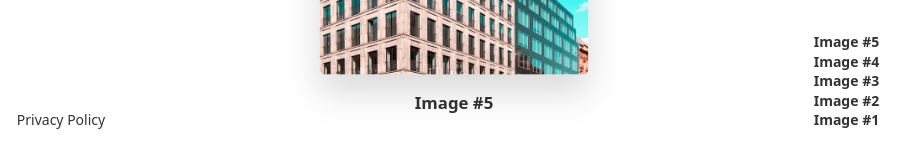
Repository: chelle-c/smooth-scroll-colours
Page: /
The author's editor kept a copy of each file at every save. The page is drawn from the files as they stood at one save, then again after the next save.
The browser window is 1280 px wide. The page is 1288 px wide, so the pictures cover 1288 px, including what lies to the right of the window. The pictures show the part of the page from y = 510 to 2390 px (the page is 728 px tall before and 3608 px after), at 70% of full size.
An inner scrolling area shows only its first screen. The project was rebuilt for these pictures with package versions that can differ from the ones it lists, and the page was loaded fresh each time. Imported but missing from the stored project, and not drawn on this page: images.

Above is the page before, as saved 2022-09-27 19:31:58.

After the next save:
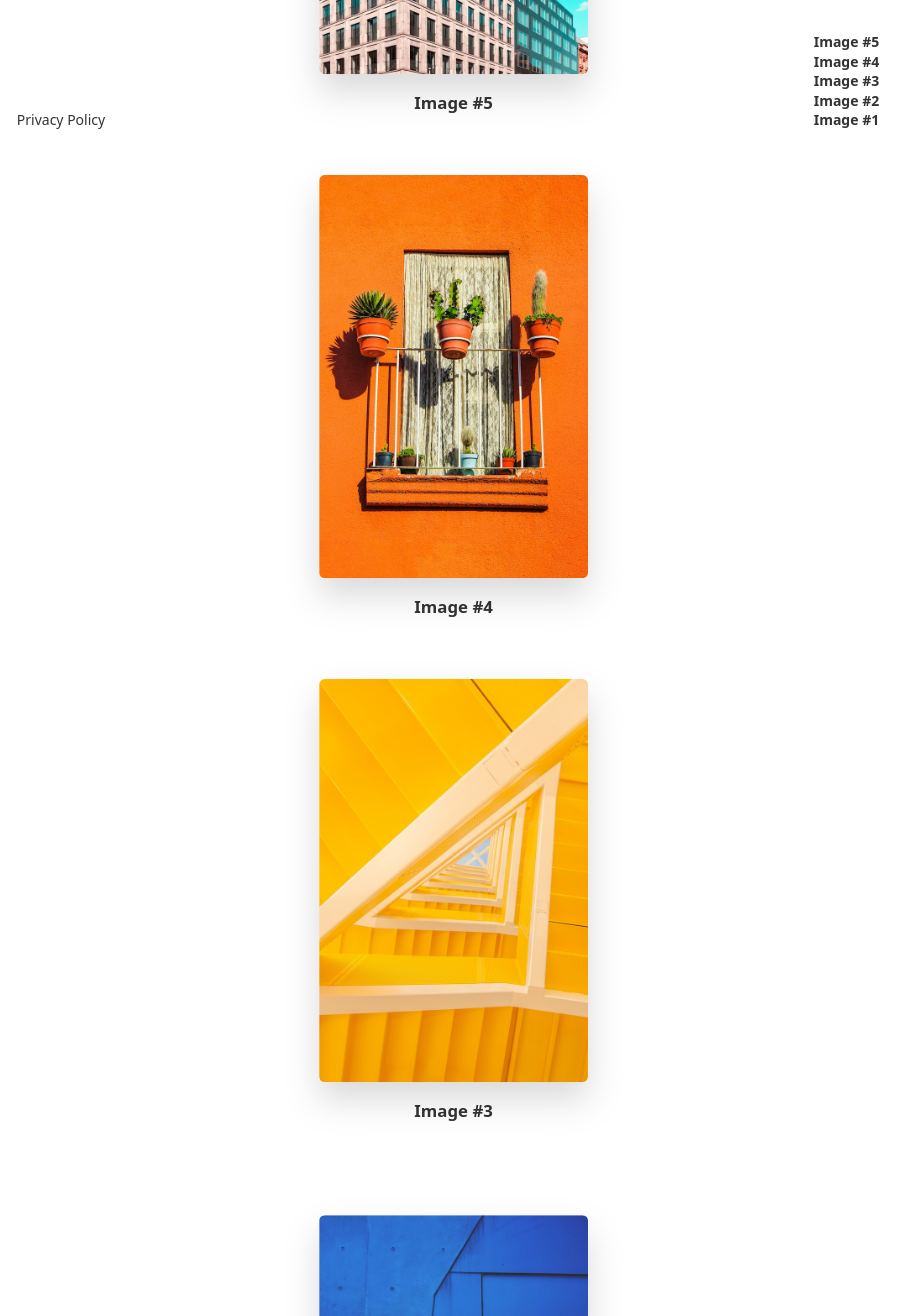
Saved 16 s later.
--- a/src/App.svelte
+++ b/src/App.svelte
@@ -97,7 +97,6 @@
 		display: flex;
 		flex-direction: column;
 		width: 100vw;
-		height: 100vh;
 		overflow: auto;
 		scroll-snap-type: y mandatory;
 	}

After the save that followed:
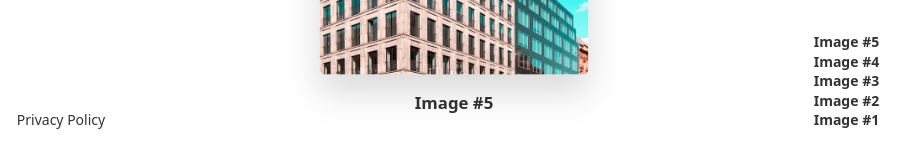
Saved 15 s later.
--- a/src/App.svelte
+++ b/src/App.svelte
@@ -97,7 +97,8 @@
 		display: flex;
 		flex-direction: column;
 		width: 100vw;
-		overflow: auto;
+		height: 100vh;
+		overflow-y: scroll;
 		scroll-snap-type: y mandatory;
 	}
 </style>
